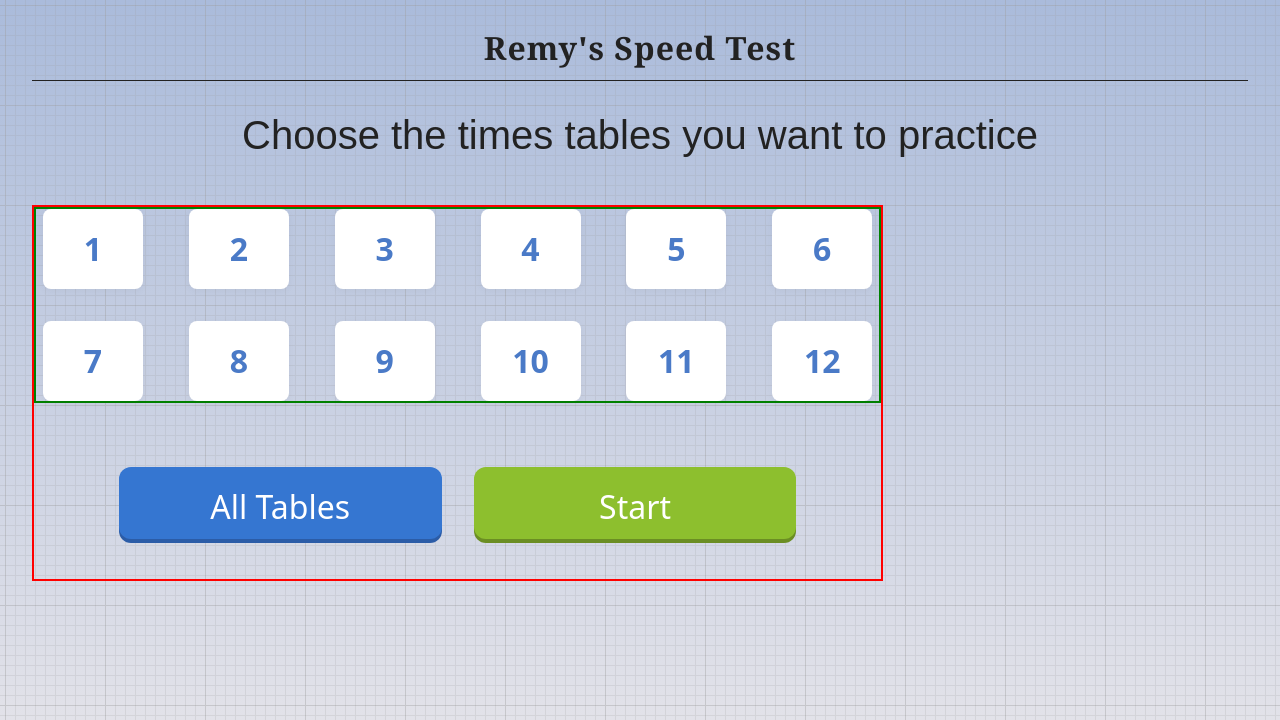
Repository: Chinurum-Omenuko/remys-speed-test
Page: / (app in app/)
The author's editor kept a copy of each file at every save. The page is drawn from the files as they stood at one save, then again after the next save.
The browser window is 1280 px wide. The pictures show the whole page.
The project was rebuilt for these pictures with package versions that can differ from the ones it lists, and the page was loaded fresh each time. The framework's server and built-in components were replaced by stand-ins that run in the browser. Also part of the build but not shown: app/svelte.config.js, app/vite.config.ts.

Above is the page before, as saved 2025-11-17 21:17:29.

After the next save:
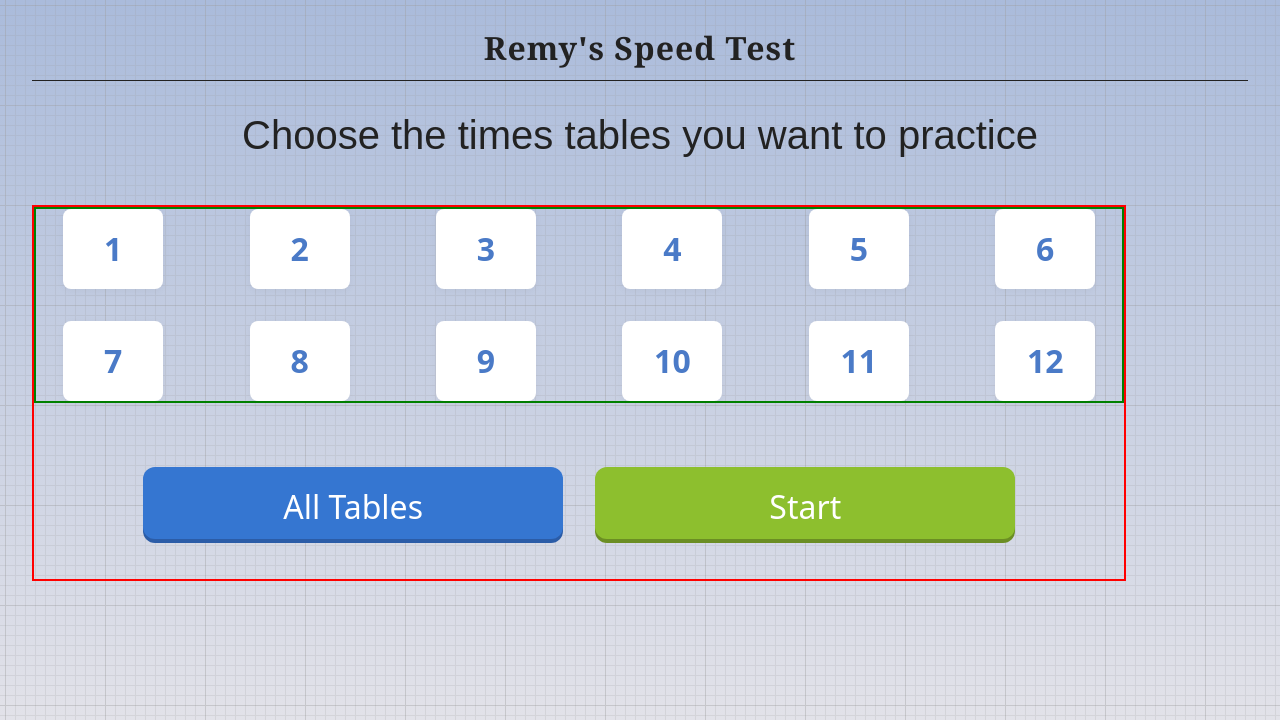
Saved 15 s later.
--- a/app/src/routes/+page.svelte
+++ b/app/src/routes/+page.svelte
@@ -259,7 +259,7 @@
 		}
 		.content{
 			height: 20%;
-			max-width: 70%;
+			max-width: 90%;
 			border: solid 2px red;
 		}
 		.table-btn {
